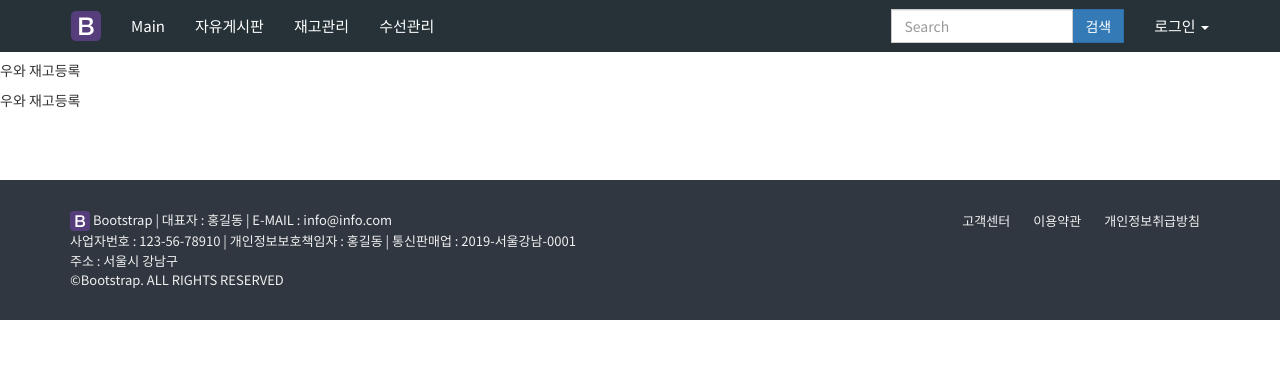
Repository: RattenLegs/Project_Inventory
Page: http://localhost/Project_Inventory/WEB-INF/views/inventoryboard/addInventory.jsp
These files come from the project's save history. The page is drawn as it stood at one moment and after the next save; the edit follows.
The browser window is 1280 px wide. The pictures show the whole page.
Some web libraries are served in a nearby version. The page is served by Tomcat 9. Nobody is signed in. Other server files are loaded and not shown. The template is opened directly, without the code that normally fills it, so the values that code supplies are empty.

Above is the page before, as saved 2022-12-04 11:32:16.

### Project_Inventory/src/main/webapp/WEB-INF/views/inventoryboard/addInventory.jsp
<%@ page language="java" contentType="text/html; charset=UTF-8"
	pageEncoding="UTF-8"%>
<!DOCTYPE html>
<html>
<head>
<meta charset="UTF-8">
<title>addInventory</title>
<%@ include file="../../views/include/header.jsp"%>
</head>
<body>
	<p>우와 재고등록</p>
	<p>우와 재고등록</p>
	<p>우와 재고등록</p>
	<p>우와 재고등록</p>

	<form action="/inventory/inventoryList" method="post"></form>
	<%@ include file="../../views/include/footer.jsp"%>
</body>
</html>

### Project_Inventory/src/main/webapp/WEB-INF/views/include/header.jsp
<%@ page language="java" contentType="text/html; charset=UTF-8"
    pageEncoding="UTF-8"%>
<%@ taglib uri="http://java.sun.com/jsp/jstl/core" prefix="c" %>

<!DOCTYPE html>
<html>
<head>

    <meta charset="utf-8">
    <meta http-equiv="X-UA-Compatible" content="IE=edge">
    <meta name="viewport" content="width=device-width, initial-scale=1">
    <title>인덱스를 만들어 보자</title>

	<!--
		${pageContext.request.contextPath} == <c:url value='' />
	 -->

    <link href="${pageContext.request.contextPath}/resources/css/bootstrap.css" rel="stylesheet">
    <script src="https://ajax.googleapis.com/ajax/libs/jquery/1.11.2/jquery.min.js"></script>
    <!--개인 디자인 추가-->
    <link href="${pageContext.request.contextPath}/resources/css/style.css" rel="stylesheet">
    <script src="${pageContext.request.contextPath}/resources/js/bootstrap.js"></script>
</head>
<body>
	<header>
        <div class="container-fluid">
            <div class="row">
                <div class="container">
                    <div class="navbar">
                        <div class="navbar-header">
                            <!--data-toggle 같은 것들은 내부적으로 지원하는 반응형 API기능이므로 지우면 안됩니다-->
                            <button type="button" class="navbar-toggle" data-toggle="collapse" data-target="#myNavbar">
                                <span class="icon-bar"></span>
                                <span class="icon-bar"></span>
                                <span class="icon-bar"></span>
                            </button>
                            <a class="navbar-brand" href="#"><img width="30" src="${pageContext.request.contextPath }/resources/img/logo.svg" alt="Brand"></a>
                        </div>


                        <div class="collapse navbar-collapse" id="myNavbar">
                            <ul class="nav navbar-nav">
                                <li class="active"><a href="<c:url value='/' />">Main</a></li>
                                <li><a href="<c:url value='/freeboard/freeboard' />">자유게시판</a></li>
                                <li><a href="<c:url value='/inventoryboard/inventoryList' />">재고관리</a></li>
                                <li><a href="<c:url value='/repairboard/repairList' />">수선관리</a></li>
                                <!--
				<li><a href="#">강의</a></li>
                                <li><a href="#">Form</a></li>
                                <li><a href="#">Board</a></li>
 				-->

                            </ul>
                            <ul class="nav navbar-nav navbar-right">
                                <li class="dropdown">
                                    <a class="dropdown-toggle" data-toggle="dropdown" href="#">로그인
                                        <span class="caret"></span></a>
                                    <ul class="dropdown-menu">
                                        <li><a href="<c:url value='/user/userJoin' />"><span class="glyphicon glyphicon-user"></span>Join</a></li>
                                        <li><a href="#"><span class="glyphicon glyphicon-log-in"></span>Login</a></li>
                                        <li><a href="#"><span class="glyphicon glyphicon-user"></span>MyPage</a></li>
                                        <li><a href="#"><span class="glyphicon glyphicon-log-out"></span>Logout</a></li>
                                    </ul>
                                </li>
                            </ul>

                            <form class="navbar-form navbar-right" action="">
                                <div class="input-group">
                                    <input type="text" class="form-control" placeholder="Search">
                                    <div class="input-group-btn">

                                        <button class="btn btn-primary" type="submit">
                                           	 검색
                                        </button>
                                    </div>
                                </div>
                            </form>
                        </div>
                    </div>
                </div>
            </div>
        </div>
    </header>

### Project_Inventory/src/main/webapp/WEB-INF/views/include/footer.jsp
<%@ page language="java" contentType="text/html; charset=UTF-8"
    pageEncoding="UTF-8"%>
    <footer>
        <div class="container">
            <div class="row">
                <div class="col-md-7 col-sm-12">
                    <div class="copyright">
                        <a href="">
                            <img width="20" src="${pageContext.request.contextPath }/resources/img/logo.svg" alt="Brand">
                        </a>
                        Bootstrap | 대표자 : 홍길동 | E-MAIL : info&#64;info.com<br>
                        사업자번호 : 123-56-78910 | 개인정보보호책임자 : 홍길동 | 통신판매업 : 2019-서울강남-0001<br>
                        주소 : 서울시 강남구
                        <address>&copy;Bootstrap. ALL RIGHTS RESERVED</address>
                    </div>
                </div>
                <div class="col-md-5 col-sm-12 text-right">
                    <ul class="footer-menu">
                        <li><a href="#">고객센터</a></li>
                        <li><a href="#">이용약관</a></li>
                        <li><a href="#">개인정보취급방침</a></li>
                    </ul>
                </div>
            </div>
        </div>
    </footer>
    <!-- //footer -->

### Project_Inventory/src/main/webapp/resources/css/style.css
/*=========웹폰트 선언=========*/
@import
	url('https://fonts.googleapis.com/css?family=Noto+Sans+KR&display=swap')
	;
/*===========================*/

/*디자인 시작시 기본 선언*/
* { /* 기본선언: 마딩, 패딩 0, 요소크기에 padding, border값을 포함 x*/
	padding: 0;
	margin: 0;
	box-sizing: border-box;
}

body, html {
	width: 100%;
	min-width: 320px;
	font-family: 'Noto Sans KR', sans-serif; /*웹폰트 사용*/
}

img {
	max-width: 100%; /*사이즈가 변해도 넓이를 유지 */
	height: auto; /*사이즈가 변해도 높이를 유지 */
	/*vertical-align: top;*/
}

input, textarea, button, select {
	/*고유하게 적용되어있는 form관련 요소들을 제거해서 여러브라우저에서 동일한디자인을 얻게함*/
	-webkit-appearance: none;
	-moz-appearance: none;
	appearance: none;
	border: none
}

ul, ol, dl, li {
	list-style: none /*순서 요소들이 리스트스타일을 업앤다 */
}

.btn {
	border-radius: 0px;
}

/*=========헤더=========*/
.carousel-control.right, .carousel-control.left {
	background-image: linear-gradient(to right, rgba(0, 0, 0, .0001) 0%,
		rgba(0, 0, 0, 0) 100%)
}
header {
	position: fixed;
	left: 0;
	top: 0;
	width: 100%;
	z-index: 50; /*position을 이용하면 요소가 겹쳐질 수 있다. 숫자가 제일 높은값이 위로 떠오른다*/
}
header {
	background: #263238;
}

section {
	margin-top: 50px;
}

/*header 의 모든 컨테이너 클래스에 적용함 */
header .container {
	padding: 0;
}
/*navbar의 margin: 0으로 */
.navbar {
	margin-bottom: 0px;
}
/*이미지 위치 조정 */
.navbar-brand {
	padding: 10px 15px;
}
/*nav의 a변경*/
.nav>li>a {
	font-size: 15px;
	color: white;
}
/*na의 a 호버시 기능 변경 */
.nav>li>a:hover, .nav>li>a:focus {
	background-color: #304047;
}

/* 토글메뉴 윤곽색 변경 */
.navbar-toggle {
	border-color: white;
}

.navbar-toggle>.icon-bar {
	background-color: white;
}
/*개발자도구에서 확인후 색깔변경*/
.nav .open>a:focus {
	background-color: #304047;
}
/*부트스트랩의 드롭다운시 a태그 색상변경  */
.dropdown-menu>li>a {
	color: #f5f5f5;
}
/*======슬라이더=======*/
.slide-list {
	padding: 0;
}
/* ===================================
    Footer style
====================================== */
footer {
	margin-top: 70px;
	background-color: #303740;
	padding: 30px 0;
}

footer .copyright {
	font-size: 13px;
	line-height: 20px;
	color: #f1f1f1;
}

footer .copyright address {
	margin-bottom: 0;
}

footer .footer-menu li {
	display: inline-block;
	padding: 0 10px;
}

footer .footer-menu li a {
	display: block;
	color: #f1f1f1;
	font-size: 13px;
}

/*===========본문=========== */
/*섹션전체에 패딩 추가*/
section {
	/*위 60px 나머지 0 */

}

.prod-list, .prod-link {
	border: 1px solid #ddd; /*윤곽 1, 한줄, 색상 */
	display: block; /* 블락요소로 변경 반드시 필요 */
	text-align: center; /*이미지 가운데 정렬*/
	/* position: relative;*/
}
/*기본 부트설정은 좌우 15px임 -> col에 대해 전부 5px로 바꿔버린다*/
.prod-list, .prod-list>li[class*="col-"] {
	padding: 5px;
}

/*호버기능 추가*/
.prod-link:hover {
	border-color: #4285F4;
}

.prod-link>.arrow {
	display: block; /*span은 인라인 요소입니다 인라인요소는 position속성을 사용할수 없습니다*/
	position: absolute;
	/*원래 위치에서 따로 띠어내어 부모위치로 조정한다 width, heigth를 필수로 지정해야한다*/
	left: 15px; /*좌우 위치조정 left, right 중 한개만쓴다*/
	bottom: 15px; /*위아래 위치조정 top, bottom 중한개만 쓴다 */
	width: 36px; /* 넓이값 조정 */
	height: 36px; /* 높이값 조정*/
	line-height: 36px; /*텍스트가 위치에 맞게 높이와 동일하게 설정 */
	background-color: #ccc;
	color: #fff;
	opacity: 1; /*투명도*/
}
/* .hover클래스의 넓이 색상 투명도*/
.prod-link>.hover {
	width: 100px;
	background-color: #4285F4;
	opacity: 0;
}
/*link호버시 arrow클래스를 투명도 0*/
.prod-link:hover>.arrow {
	opacity: 0;
}
/*link호버시 hover클래스를 투명도 1*/
.prod-link:hover>.hover {
	opacity: 1;
}

/*========회원가입 폼 디자인=========*/
/*제목박스(계속사용) */
.titlebox {
	width: 250px;
	text-align: center;
	height: 40px;
	line-height: 40px;
	margin: 70px auto;
	border-top: 1px solid #E1E1E1;
	border-bottom: 1px solid #E1E1E1;
}

.join-form {
	margin: 0 auto;
	/*가운대 정렬방법 하지만 적용되지 않는다. 이유는 col클래스들이 float:left를 들고 있기 때문*/
	float: none; /*플롯을 해제한다. 가운대정렬이 들어간다*/
}
/*조인폼클래스의 form태그의 접근 */
.join-form form {
	border-radius: 8px; /*윤곽 8*/
	padding: 15px; /*모든 패딩 15*/
	/*박스 쉐도우: 그림자가 가로로떨어진간격, 세로로떨어진 간격, 흐릿정도, 그림자색상*/
	box-shadow: 0px 8px 16px rgba(0, 0, 0, 0.15)
}

.input-group-addon {
	padding: 0;
	border: none; /*윤곽 모두 0*/
	border-radius: 0;
}
/*폼컨트롤, 인풋그룹 내부에 모든 버튼 라디우스 0 */
.form-control, .form-group .btn {
	border-radius: 0;
}
/*포커스시 윤곽 색 변경*/
.form-control:focus {
	border-color: #555;
}
/* 핸드폰폼 디자인 */
.input-group .phone1 {
	width: 33.3333%;
}

.input-group .phone2 {
	width: 66.6666%;
}
/*이메일폼 디자인 */
.email-form {
	box-sizing: border-box;
	overflow: hidden;
}

.email-form input {
	width: 33.33%;
	float: left;
}

.email-form select {
	width: 66.66%;
	float: left;
}
/*=========로그인 디자인==========*/
.login-form {
	margin: 0 auto;
	float: none;
}

.login-form form {
	border-radius: 8px; /*윤곽 8*/
	padding: 70px 120px; /*위아래, 좌우*/
	/*박스 쉐도우: 그림자가 가로로떨어진간격, 세로로떨어진 간격, 흐릿정도, 그림자색상*/
	box-shadow: 0px 8px 16px rgba(0, 0, 0, 0.15);
	margin-bottom: 174px; /*화면에 딱맞게 밀어준다*/
}

/*========회원정보 디자인=========*/
.m-control .m-title {
	min-width: 100px; /*화면줄었을때 최소크기*/
	vertical-align: middle; /*가운대 정렬*/
}

.m-control .form-control {
	width: 200px;
	display: inline; /*인라인요소로 변경한다*/
}
/*개발자 도구에서 input-sm의 정렬을 푼다*/
.m-control .input-sm {
	height: auto;
	line-height: normal;
}
/*sel의 크기만 지정*/
.m-control  .sel {
	width: 80px;
}

.m-control .add {
	width: 400px;
}

.titlefoot {
	text-align: center; /*인라인의 텍스트정렬 가운데*/
	margin: 30px auto; /*박스의 가운데정렬*/
	width: 50%; /*크기 50%*/
}

/*==========자게 디자인==========*/
.titlebox {
	width: 250px;
	text-align: center;
	height: 40px;
	line-height: 40px;
	margin: 70px auto;
	border-top: 1px solid #E1E1E1;
	border-bottom: 1px solid #E1E1E1;
}
/*자게 그리드*/
.board-table {
	float: none; /*col의 플로팅 해제 */
	margin: 0 auto;
}
/*---검색버튼--- */
.search-wrap {
	overflow: hidden; /*부모요소에 히든 */
	margin-bottom: 20px;
}

.search-btn, .search-input, .search-select {
	float: right; /*우측 플로팅 */
}

.search-input {
	width: 140px;
}

.search-select {
	width: 80px;
}

/*제목에 클래스를 줘서 강제로 크기 고정*/
.board-title {
	width: 300px;
}
/*th의 순차적 접근 색상변경 */
.table-bordered>thead>tr>th {
	background-color: #E7F2F9;
	color: #003366;
}

/*테이블 안에 a태그에 순차적 접근 */
.table-bordered>tbody>tr>td>a, .table-bordered>tbody>tr>td>a:hover {
	color: black;
}

.pagination {
	margin: 0; /*페이지 네이션의 기본 마진 0*/
}

.text-center .btn {
	float: right; /*오른쪽으로 쌓아서 우측정렬 시킨다*/
	border: 0; /*border스타일 해제*/
	border-radius: 0; /*윤곽 0*/
	padding: 5px 10px; /*버튼 패딩을 페이지네이션과 맞춘다*/
}

/*==========자게 글쓰기==========*/
.titlebox {
	width: 250px;
	text-align: center;
	height: 40px;
	line-height: 40px;
	margin: 70px auto;
	border-top: 1px solid #E1E1E1;
	border-bottom: 1px solid #E1E1E1;
}

.t-control .t-title {
	width: 100px;
	min-width: 100px; /*화면줄었을때 최소크기*/
	vertical-align: middle; /*테이블에서 세로 가운대정렬*/
}

/*input 요소의 넓이만 선택*/
.t-control input {
	width: 200px;
	display: inline; /*인라인요소로 변경한다*/
}

/*개발자 도구에서 input-sm의 정렬을 푼다*/
.t-control .input-sm {
	height: auto;
	line-height: normal;
}
/*td의 아래만 밑줄*/
.t-control td {
	border-bottom: 1px solid #E1E1E1;
}

.titlefoot {
	text-align: center;
	margin: 30px auto; /*박스의 가운데정렬*/
	width: 50%; /*크기 50%*/
}
/*==========자게 상세보기==========*/
.write-wrap {
	margin: 0 auto;
	/*가운대 정렬방법 하지만 적용되지 않는다. 이유는 col클래스들이 float:left를 들고 있기 때문*/
	float: none; /*플롯을 해제한다. 가운대정렬이 들어간다*/
}
/*=======댓글========*/
.reply-wrap {
	background-color: #f5f5f5;
	padding: 15px;
	border: 1px solid #ddd;
	position: relative; /*부모에 relative*/
}

.reply-wrap .reply-image {
	position: absolute; /*자식에서 absolute로 부모요소 위치로 조정*/
	left: 15px;
	top: 15px;
}

.reply-wrap .reply-content {
	padding-left: 60px;
}
/*부트스트랩의 form-control 조정 */
.reply-content>.form-control {
	resize: vertical; /*세로로만 조정가능*/
	width: 100%; /*최대 100%*/
	min-height: 80px; /*최대 넓이*/
	margin-bottom: 10px;
}

.reply-input>.form-control {
	width: 200px;
	margin-bottom: 5px;
}

.reply-group {
	overflow: hidden;
}

.reply-input {
	float: left;
}

.reply-group .right {
	float: right;
}

/*댓글 영역*/
.reply-group small {
	margin-left: 10px;
	height: 20px;
	line-height: 20px;
}

.reply-group small, .reply-group strong {
	float: left;
}

.reply-group a {
	text-decoration: none;
	color: #777;
	float: right;
}
/*댓글창 포커스시 서서히 보이기 */
.reply-content textarea {
	height: 50px;
	transition: height .4s ease-in-out;
}

.reply-content textarea:focus {
	height: 150px;
}
/*==========토글탭 mypage==========*/
.tabs-style {
	background-color: #607D8B;
}
/*탭버튼 아래 마진 50*/
.tabs-style {
	margin-bottom: 50px;
}

.tabs-style>li {
	margin-bottom: 0;
}

.tabs-style li a {
	background-color: #607D8B;
	border: none;
	margin: 0;
	border-radius: 0px;
}

.tabs-style li.active a, .tabs-style li.active a:hover, .tabs-style li.active a:focus
	{
	border: none;
	background-color: #56707D;
	color: #fff;
}

.myInfo {
	margin: 0 auto;
	float: none;
}

.myInfo-inner {
	margin: 0;
	float: none;
}

/*==========mypage check==========*/
.infoCheck {
	margin: 0 auto;
	float: none;
}

.infoCheck-form ul {
	width: 270px;
	margin: 0 auto;
}

.infoCheck-form li {
	position: relative;
	padding-left: 95px;
}

.infoCheck-form li .lab {
	font-size: 20px;
	position: absolute;
	top: 0;
	left: 0;
}

.infoCheck-form input {
	width: 170px;
	margin: 0;
}

.infoCheck .alert {
	margin-bottom: 50px;
	border-radius: 0;
}

.infoCheck-btn {
	width: 270px;
	margin-top: 40px;
	margin: 0 auto;
}

.infoCheck-btn button {
	margin-top: 20px;
	padding: 5px 51.5px;
}

### Project_Inventory/src/main/webapp/resources/img/logo.svg
<svg xmlns="http://www.w3.org/2000/svg" viewBox="0 0 612 612" focusable="false" role="img">
  <title>Bootstrap</title>
  <path fill="#563D7C" d="M612 510c0 56.1-45.9 102-102 102H102C45.9 612 0 566.1 0 510V102C0 45.9 45.9 0 102 0h408c56.1 0 102 45.9 102 102v408z"/>
  <path fill="#FFF" d="M166.3 133h173.5c32 0 57.7 7.3 77 22s29 36.8 29 66.5c0 18-4.4 33.4-13.2 46.2-8.8 12.8-21.4 22.8-37.8 29.8v1c22 4.7 38.7 15.1 50 31.2 11.3 16.2 17 36.4 17 60.8 0 14-2.5 27.1-7.5 39.2-5 12.2-12.8 22.7-23.5 31.5s-24.3 15.8-41 21-36.5 7.8-59.5 7.8h-164V133zm62.5 149.5h102c15 0 27.5-4.2 37.5-12.8s15-20.8 15-36.8c0-18-4.5-30.7-13.5-38s-22-11-39-11h-102v98.6zm0 156.5h110.5c19 0 33.8-4.9 44.2-14.8 10.5-9.8 15.8-23.8 15.8-41.8 0-17.7-5.2-31.2-15.8-40.8s-25.2-14.2-44.2-14.2H228.8V439z"/>
</svg>

Loaded but not shown: Project_Inventory/src/main/webapp/resources/css/bootstrap.css (library); Project_Inventory/src/main/webapp/resources/js/bootstrap.js (library)

After the next save:
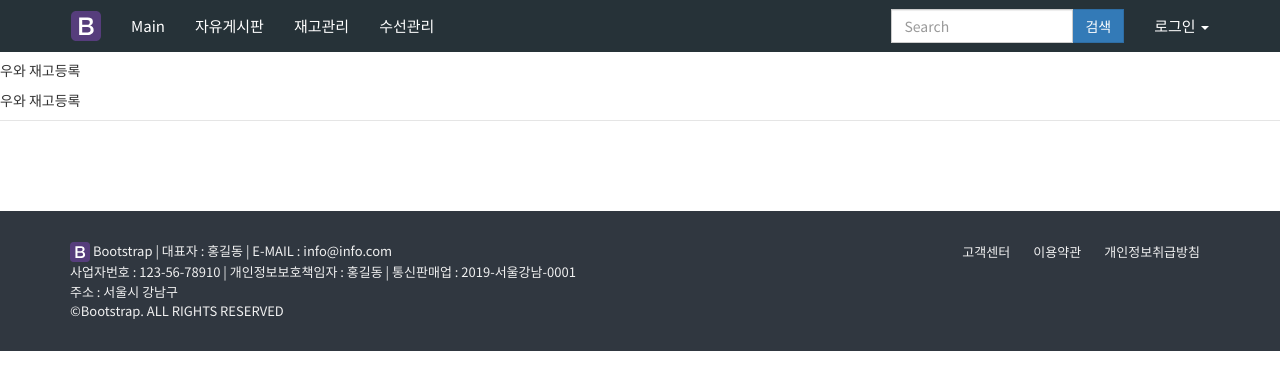
Saved 16 s later.
--- a/Project_Inventory/src/main/webapp/WEB-INF/views/inventoryboard/addInventory.jsp
+++ b/Project_Inventory/src/main/webapp/WEB-INF/views/inventoryboard/addInventory.jsp
@@ -13,7 +13,13 @@
 	<p>우와 재고등록</p>
 	<p>우와 재고등록</p>
 
-	<form action="/inventory/inventoryList" method="post"></form>
+	<form action="/inventory/inventoryList" method="post">
+	<fieldset>
+		<legend></legend>
+
+	</fieldset>
+
+	</form>
 	<%@ include file="../../views/include/footer.jsp"%>
 </body>
 </html>
